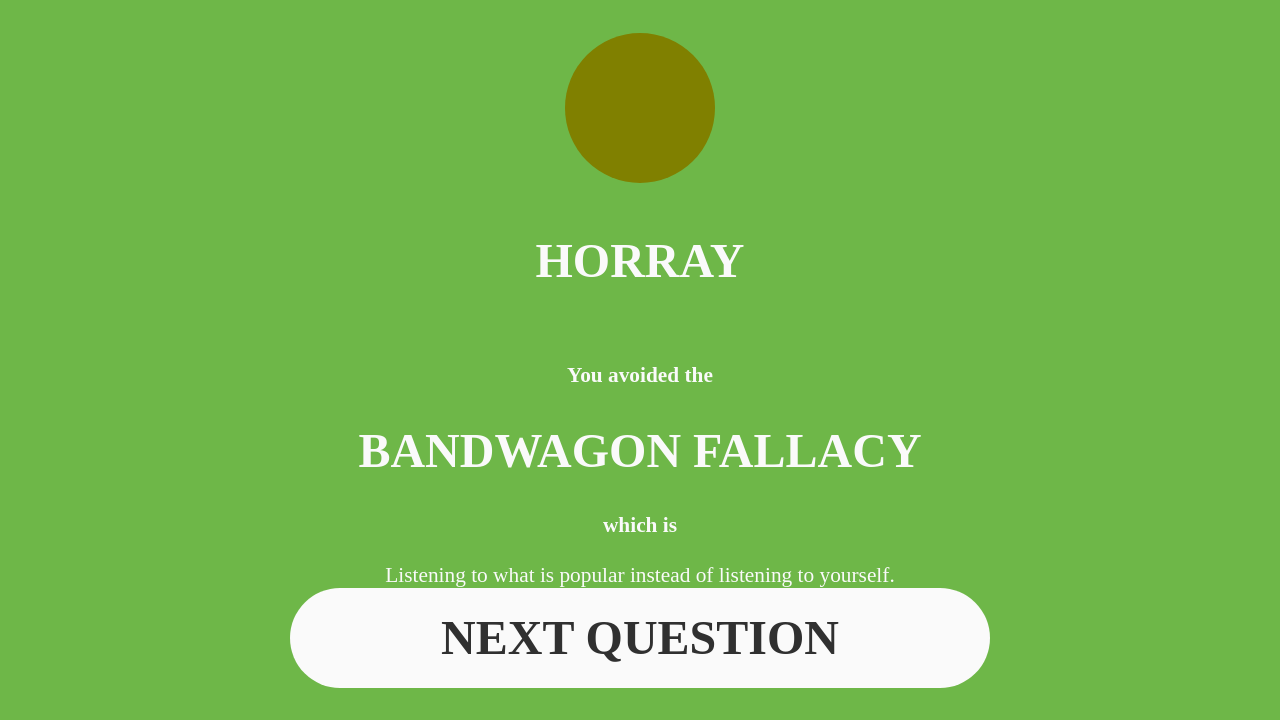
Repository: cindyvunguyen/fallacy
Page: index.html
These files come from the project's save history. The page is drawn as it stood at one moment and after the next save; the edit follows.
The browser window is 1280 px wide. The pictures show the whole page.
Some web fonts or font styles are not loaded; a fallback is used.

Above is the page before, as saved 2020-03-12 16:26:24.

After the next save:
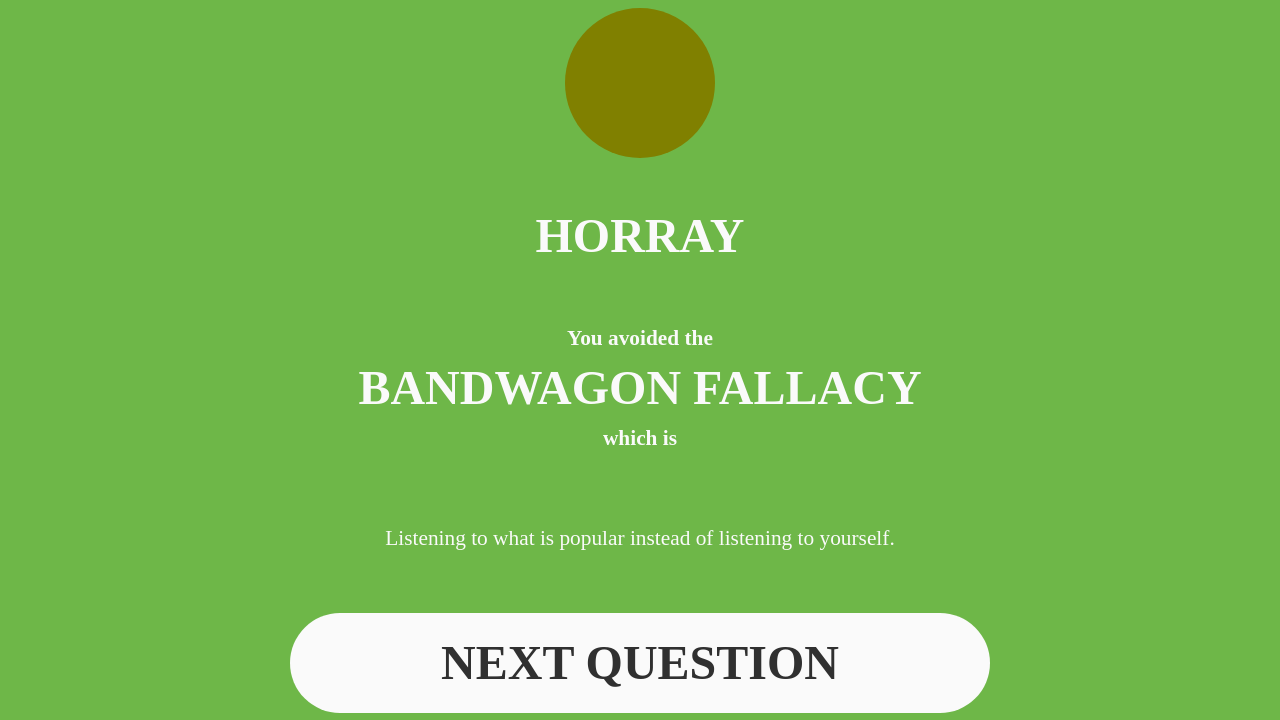
Saved 19 s later.
--- a/style.css
+++ b/style.css
@@ -113,10 +113,11 @@ body {
 
 #cp-definition {
     font-size: 16pt;
+    line-height: 150px;
 }
 
 #cp-a-outcome {
-    line-height: 75px;
+    line-height: 50px;
     display: flex;
     flex-direction: column;
     align-items: center;
